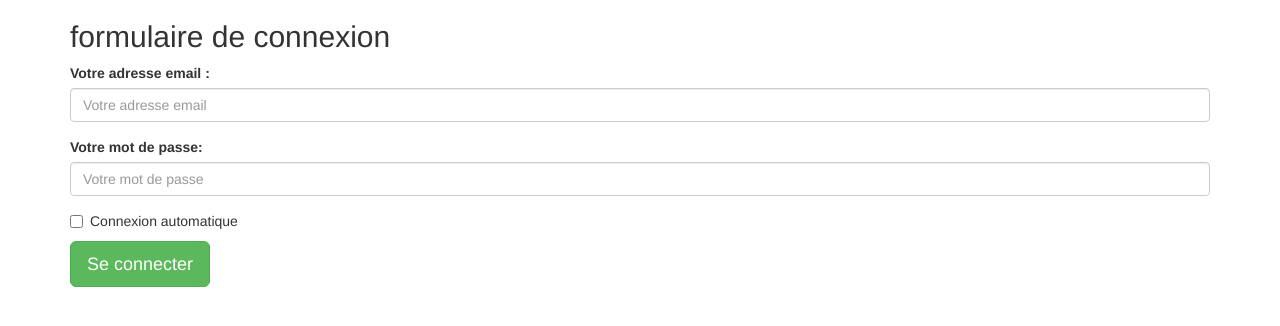
Repository: lemzoo/formation_Java8
Page: EspaceMembre/srcHTML/formulaireConnexion.html
The author's editor kept a copy of each file at every save. The page is drawn from the files as they stood at one save, then again after the next save.
The browser window is 1280 px wide. The pictures show the whole page.

Above is the page before, as saved 2016-06-10 11:12:31.

### EspaceMembre/srcHTML/formulaireConnexion.html
<!DOCTYPE html>
<html lang="en">
<head>
  <title>Bootstrap Example</title>
  <meta charset="utf-8">
  <meta name="viewport" content="width=device-width, initial-scale=1">
  <link rel="stylesheet" href="http://maxcdn.bootstrapcdn.com/bootstrap/3.3.6/css/bootstrap.min.css">
  <script src="https://ajax.googleapis.com/ajax/libs/jquery/1.12.2/jquery.min.js"></script>
  <script src="http://maxcdn.bootstrapcdn.com/bootstrap/3.3.6/js/bootstrap.min.js"></script>
</head>
<body>

<div class="container">
  <h2>formulaire de connexion</h2>
  <form role="form">
    <div class="form-group">
      <label for="emailSaisi">Votre adresse email :</label>
      <input type="email" class="form-control" name="emailSaisi" placeholder="Votre adresse email">
    </div>
    <div class="form-group">
      <label for="passwordSaisi">Votre mot de passe:</label>
      <input type="password" class="form-control" name="passwordSaisi" placeholder="Votre mot de passe">
    </div>
    <div class="checkbox">
      <label><input type="checkbox"> Connexion automatique</label>
    </div>
    <button type="submit" class="btn btn-lg btn-success">Se connecter</button>
  </form>
</div>

</body>
</html>

After the next save:
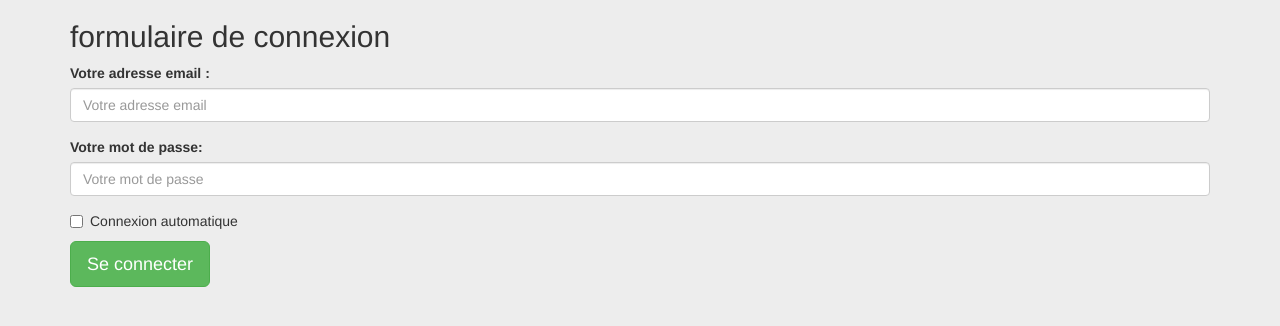
Saved 62 s later.
--- a/EspaceMembre/srcHTML/formulaireConnexion.html
+++ b/EspaceMembre/srcHTML/formulaireConnexion.html
@@ -7,6 +7,12 @@
   <link rel="stylesheet" href="http://maxcdn.bootstrapcdn.com/bootstrap/3.3.6/css/bootstrap.min.css">
   <script src="https://ajax.googleapis.com/ajax/libs/jquery/1.12.2/jquery.min.js"></script>
   <script src="http://maxcdn.bootstrapcdn.com/bootstrap/3.3.6/js/bootstrap.min.js"></script>
+
+  <style type="text/css">
+  	body{
+  		background:rgba(221,221,221,0.5);
+  	}
+  </style>
 </head>
 <body>
 
